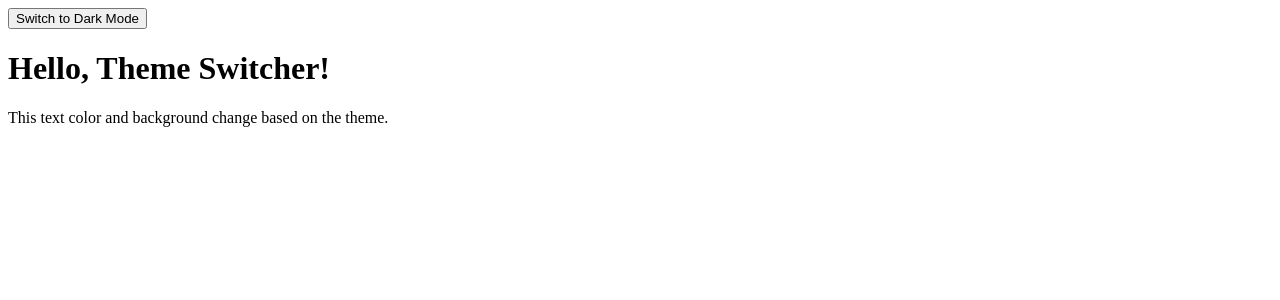
Repository: yoosuf/design-system
Page: /
An editor plug-in stored every save of this project. The page is shown before and after the next save, followed by the edit.
The browser window is 1280 px wide. The pictures show the whole page.
The project was rebuilt for these pictures with package versions that can differ from the ones it lists, and the page was loaded fresh each time. Also part of the build but not shown: vite.config.ts.

Above is the page before, as saved 2025-02-09 21:53:30.

After the next save:
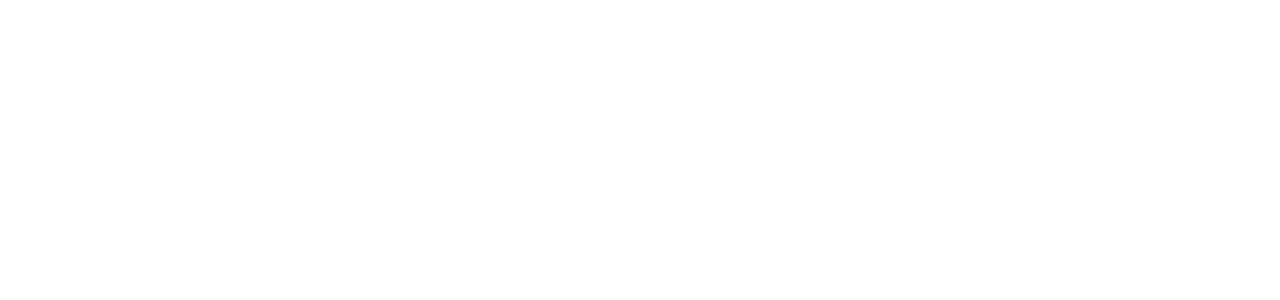
Console error: ReferenceError: ThemeToggle is not defined
Saved 52 s later.
--- a/src/App.tsx
+++ b/src/App.tsx
@@ -1,7 +1,5 @@
 import React, { useState } from "react";
 import "./assets/styles/index.scss";
-import SampleComponent from "./components/SampleComponent";
-import ThemeToggle from "./components/ThemeToggle";
 
 const App: React.FC = () => {
   // Get initial theme from localStorage or default to light

After the save that followed:
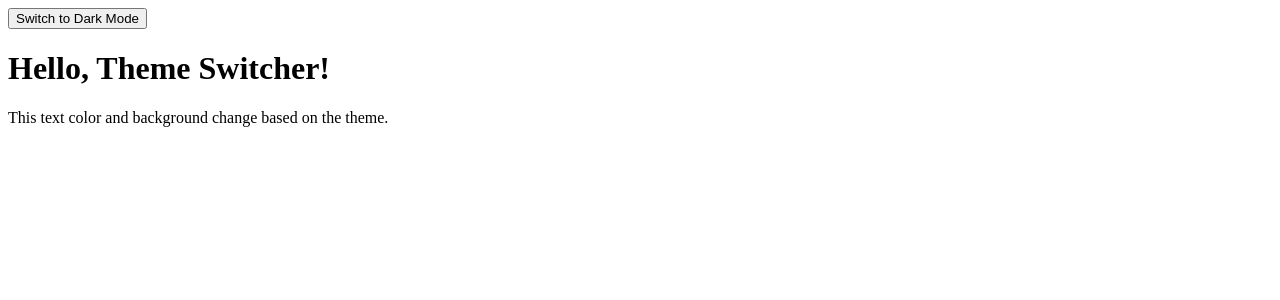
The error is gone.
Saved 5 s later.
--- a/src/App.tsx
+++ b/src/App.tsx
@@ -1,5 +1,7 @@
 import React, { useState } from "react";
 import "./assets/styles/index.scss";
+import SampleComponent from "./components/SampleComponent";
+import ThemeToggle from "./components/ThemeToggle";
 
 const App: React.FC = () => {
   // Get initial theme from localStorage or default to light
